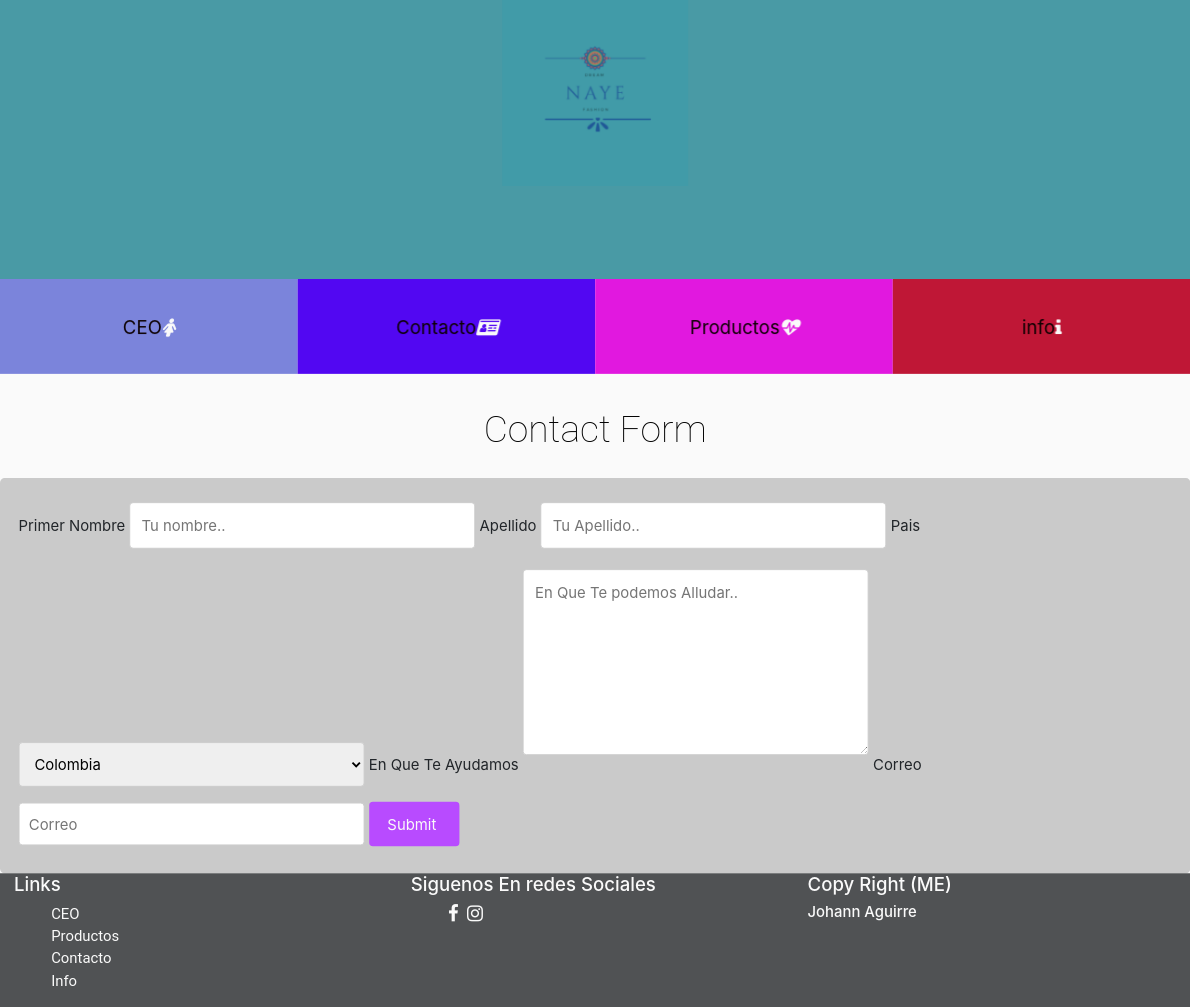
Repository: cachimiro/1-mile-stone-project
Page: contactos.html
The author's editor kept a record of every edit. The page is drawn from the files as they stood at one moment, then again after the next edit.
The browser window is 1280 px wide. The pictures show the whole page, at 93% of full size.
Some web libraries are served in a nearby version.

Above is the page before.

After the next edit:
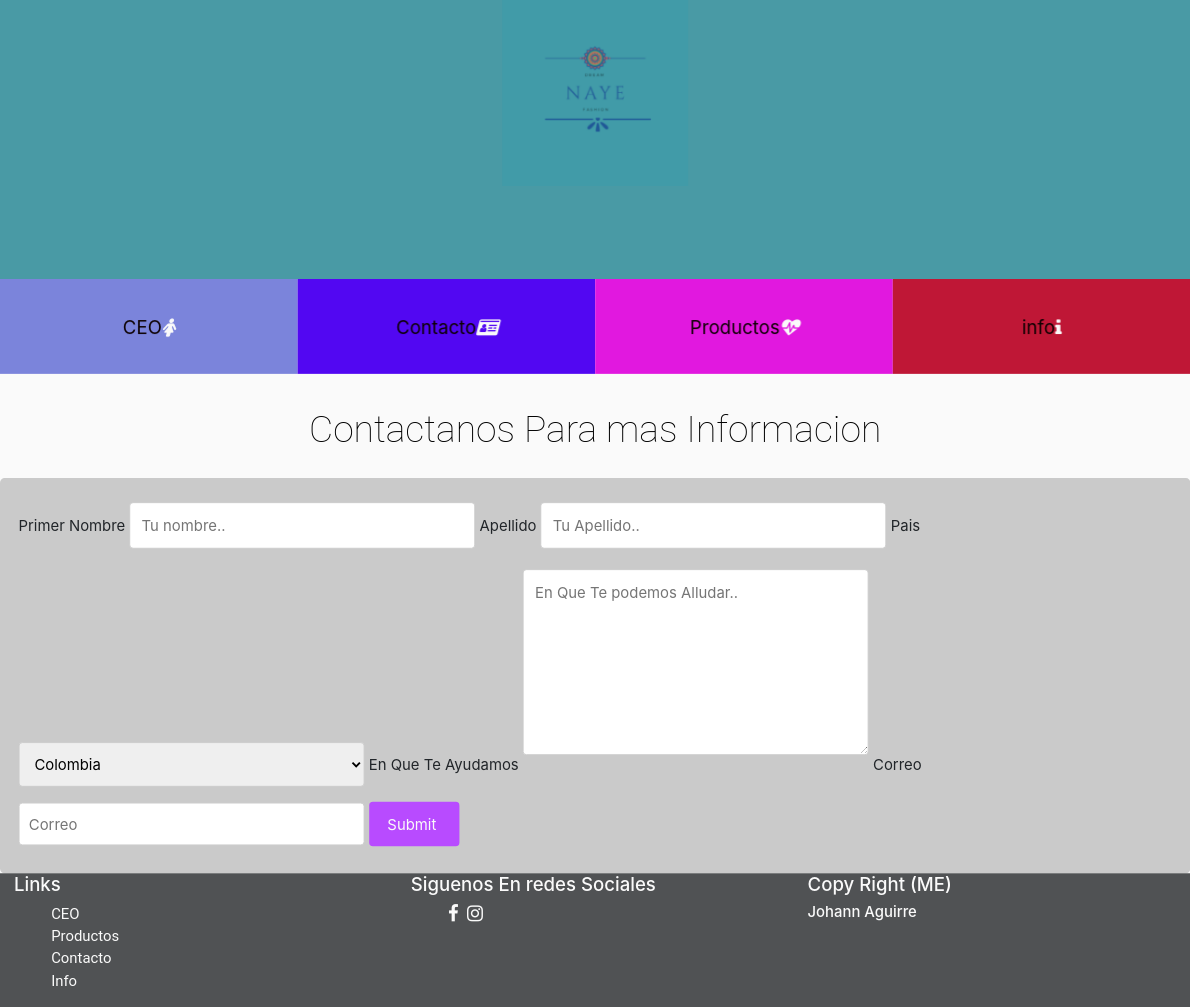
The edit:
--- a/contactos.html
+++ b/contactos.html
@@ -51,7 +51,7 @@
                 </div>
 
         </div>
-       <h3 class="contact-firm">Contact Form</h3>
+       <h3 class="contact-firm">Contactanos Para mas Informacion</h3>
 
 <div class="container-6">
   <form>
